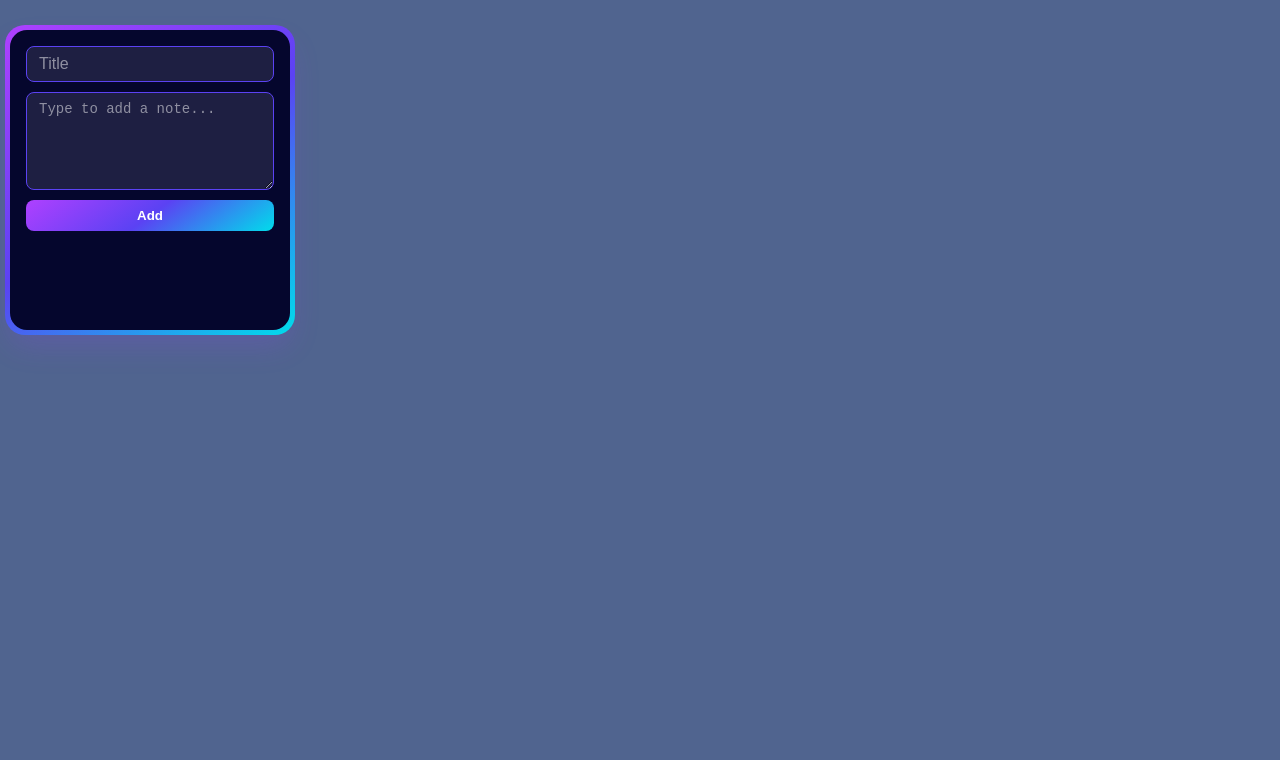
Repository: AJANI2005/Notes-App
Page: /
An editor plug-in stored every save of this project. The page is shown before and after the next save, followed by the edit.
The browser window is 1280 px wide. The pictures show the whole page.
The project was rebuilt for these pictures with package versions that can differ from the ones it lists, and the page was loaded fresh each time. Also part of the build but not shown: vite.config.ts, src/App.css, src/style/dialogbox.css, src/DialogBox.tsx.

Above is the page before, as saved 2025-07-31 18:48:10.

### src/index.css
:root {
  font-family: system-ui, Avenir, Helvetica, Arial, sans-serif;
  font-synthesis: none;
  text-rendering: optimizeLegibility;
  -webkit-font-smoothing: antialiased;
  -moz-osx-font-smoothing: grayscale;
}

body {
    margin: 0;
    font-family: 'Inter', sans-serif;
    min-height: 100vh;
    padding: 20px 0;
    background-color: #50648f;
    color: white;
}

### src/App.tsx
import { useEffect, useState } from 'react';

// styles
import "./App.css"
import "./style/note.css"
import DialogBox from './DialogBox';


interface Note {
  id: number
  title: string;
  text: string;
}

const Note = () => {
  const [text, setText] = useState('');
  const [title, setTitle] = useState('');


  //Initialize Local Storage
  useEffect(() => {
    if (!localStorage.getItem("notes")) {
      localStorage.setItem("notes", JSON.stringify([]))
    }
    if (localStorage.getItem("title")) {
      setTitle(JSON.parse(localStorage.getItem("title")!))
    }
    if (localStorage.getItem("text")) {
      setText(JSON.parse(localStorage.getItem("text")!))
    }
  }, [])

  // Store Current Data (On Refresh)
  useEffect(() => {
    if (text === '' && title === '') return
    localStorage.setItem("title", JSON.stringify(title))
    localStorage.setItem("text", JSON.stringify(text))
  }, [text, title])

  const createNote = () => {
    const note = {
      id: Date.now(),
      title: title,
      text: text
    } as Note

    // add note
    const notes = JSON.parse(localStorage.getItem("notes")!)
    notes.push(note)
    localStorage.setItem("notes", JSON.stringify(notes))

    // reset state
    setTitle("")
    setText("")
    localStorage.setItem("title", JSON.stringify(""))
    localStorage.setItem("text", JSON.stringify(""))
  }

  return (
    <form className='note'>
      <div className="note-content">
        <input
          value={title}
          placeholder='Title'
          onChange={(e) => setTitle(e.target.value)}
          type="text" className='note-title-input' />
        <textarea
          value={text}
          onChange={(e) => setText(e.target.value)}
          className='note-input'
          placeholder='Type to add a note...'></textarea>
        <button className='addBtn' onClick={createNote}>Add</button>
      </div>

    </form>
  )
}

function App() {

  const [notes, setNotes] = useState([]);



  const [editing, setEditing] = useState(false);
  const [currentNote, setCurrentNote] = useState<Note | undefined>(undefined);


  //Initialize Local Storage
  useEffect(() => {
    if (localStorage.getItem("notes")) {
      setNotes(JSON.parse(localStorage.getItem("notes")!))
    }
  }, [])

  //Save current note
  const saveNote = () => {
    const notes = JSON.parse(localStorage.getItem("notes")!)
    const index = notes.findIndex((note: Note) => note.id === currentNote?.id)
    notes[index] = currentNote
    localStorage.setItem("notes", JSON.stringify(notes))
    setEditing(false)
    // refresh
    window.location.reload()
  }
  //Delete note
  const deleteNote = () => {
    const notes = JSON.parse(localStorage.getItem("notes")!)
    const index = notes.findIndex((note: Note) => note.id === currentNote?.id)
    notes.splice(index, 1)
    localStorage.setItem("notes", JSON.stringify(notes))
    setEditing(false)
    // refresh
    window.location.reload()
  }

  return (
    <div className='app'>
      <Note />
      {/* Display Notes */}
      <div className='notes-grid'>
        {notes.map((note: Note, index) => (
          <div key={index} className='note'>
            <div className='note-content'>
              <h2 className='note-title'>{note.title}</h2>
              <p className='note-text'>{note.text}</p>
              <button className='deleteBtn'
                onClick={deleteNote}>✖</button>
              <button className='editBtn' onClick={() => {
                setEditing(true);
                setCurrentNote(note);
              }}
              >📝</button>
            </div>
          </div>))}
      </div>

      {/* Edit Dialog Box */}
      <DialogBox isOpen={editing} onClose={() => setEditing(false)}>
        <form className='note'>
          <div className='note-content'>
            <input
              value={currentNote?.title}
              placeholder='Title'
              onChange={(e) => setCurrentNote({ ...currentNote, title: e.target.value } as Note)}
              type="text" className='note-title-input' />

            <textarea
              value={currentNote?.text}
              onChange={(e) => setCurrentNote({ ...currentNote, text: e.target.value } as Note)}
              className='note-input'
              placeholder='Type to add a note...'></textarea>

            <button className='addBtn' onClick={() => {
              saveNote()
              setEditing(false)
            }}>Save</button>
          </div>
        </form>
      </DialogBox>
    </div>
  )
}

export default App

### src/style/note.css
/* Outer Note Card - gradient like .card */
.note {
  display: flex;
  flex-direction: column;
  padding: 5px; /* leave room for inner card content */
  width: 280px;
  height: 300px; /* optional fixed height for card-like look */
  border-radius: 20px;
  background-image: linear-gradient(144deg, #AF40FF, #5B42F3 50%, #00DDEB);
  box-shadow: rgba(151, 65, 252, 0.2) 0 15px 30px -5px;
  margin:5px;
  position: relative;
  transition: transform 0.2s ease;
}

.note:hover {
  transform: translateY(-3px);
}

/* Inner dark content like .card__content */
.note-content {
  background: rgb(5, 6, 45); /* dark inner content */
  border-radius: 17px;
  flex: 1;
  padding: 16px;
  display: flex;
  flex-direction: column;
  gap: 10px;
  padding-bottom: 50px; /* make space for delete/edit buttons */
  color: white;
  position: relative;
}

/* Title input */
.note-title-input {
  padding: 8px 12px;
  font-size: 16px;
  font-weight: 500;
  border-radius: 8px;
  border: 1px solid #5B42F3;
  background: rgba(255,255,255,0.1);
  color: white;
  outline: none;
  transition: 0.2s;
}

.note-title-input::placeholder {
  color: rgba(255,255,255,0.5);
}

.note-title-input:focus {
  border-color: #00DDEB;
}

/* Textarea input */
.note-input {
  min-height: 80px;
  resize: vertical;
  padding: 8px 12px;
  font-size: 14px;
  border-radius: 8px;
  border: 1px solid #5B42F3;
  background: rgba(255,255,255,0.1);
  color: white;
  outline: none;
  transition: 0.2s;
}

.note-input::placeholder {
  color: rgba(255,255,255,0.5);
}

.note-input:focus {
  border-color: #00DDEB;
}

/* Add Button - matches gradient theme */
.addBtn {
  background-image: linear-gradient(144deg, #AF40FF, #5B42F3 50%, #00DDEB);
  color: white;
  border: none;
  padding: 8px 12px;
  border-radius: 8px;
  font-weight: 600;
  cursor: pointer;
  transition: transform 0.2s ease;
}

.addBtn:hover {
  transform: scale(1.05);
}

/* Delete and Edit Buttons */
.deleteBtn,
.editBtn {
  position: absolute;
  bottom: 12px;
  border: none;
  padding: 6px 10px;
  font-size: 14px;
  border-radius: 6px;
  cursor: pointer;
  color: white;
  transition: transform 0.2s ease, background-color 0.2s ease;
}

.deleteBtn {
  left: 12px;
  background-color: #ff6b6b;
}

.deleteBtn:hover {
  background-color: #e63946;
  transform: scale(1.05);
}

.editBtn {
  left: 65px;
  background-color: #4ff10f;
  color: #111;
}

.editBtn:hover {
  background-color: #49d611;
  transform: scale(1.05);
}

/* Title of the note */
.note-title {
  font-size: 18px;
  font-weight: 600;
  color: white;
  margin-bottom: 8px;
}

/* Text content of the note */
.note-text {
  font-size: 14px;
  color: rgba(255,255,255,0.85);
  line-height: 1.5;
  white-space: pre-wrap; /* respect \n */
}

/* Grid for all notes */
.notes-grid {
  display: grid;
  grid-template-columns: repeat(auto-fill, minmax(250px, 1fr));
  gap: 20px;
  padding: 20px;
  justify-items: center;
}

Loaded but not shown: index.html (common file); src/main.tsx (common file)

After the next save:
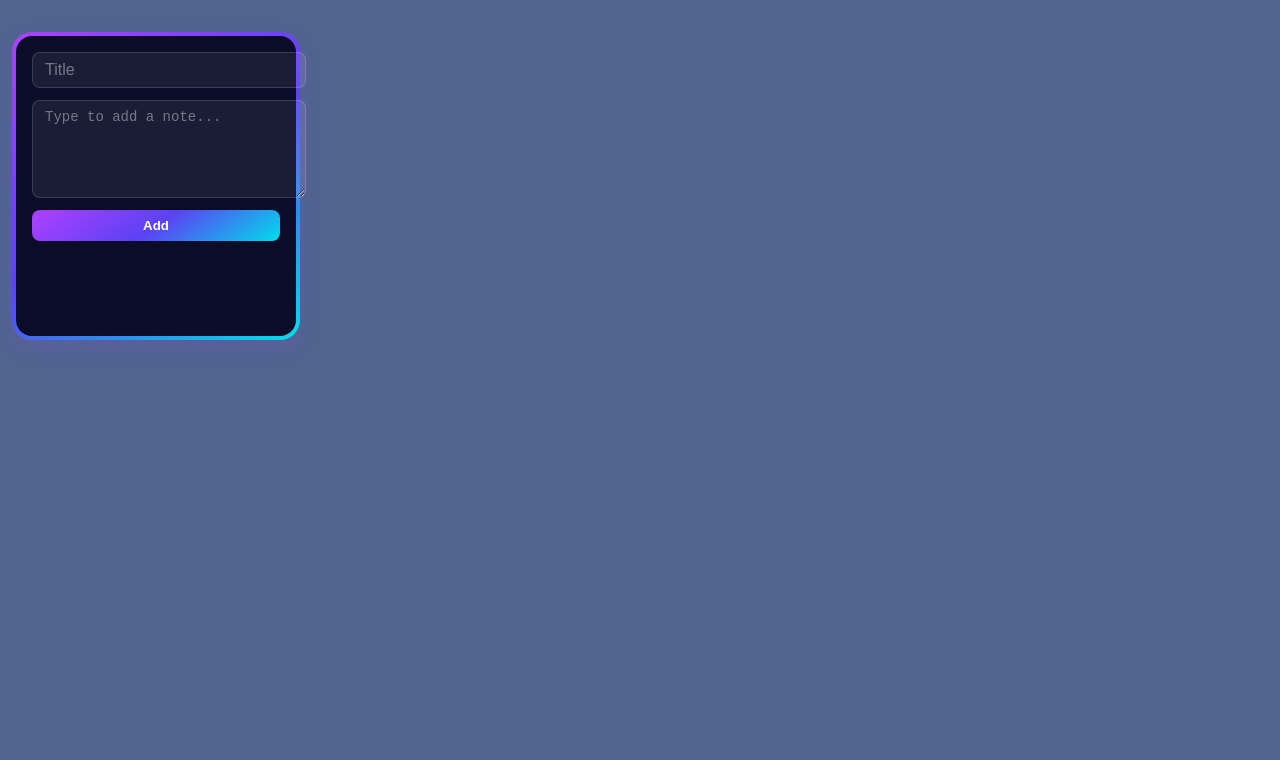
Saved 71 s later.
--- a/src/style/note.css
+++ b/src/style/note.css
@@ -1,151 +1,144 @@
-/* Outer Note Card - gradient like .card */
+/* --- Note Card --- */
 .note {
   display: flex;
   flex-direction: column;
-  padding: 5px; /* leave room for inner card content */
   width: 280px;
-  height: 300px; /* optional fixed height for card-like look */
+  height: 300px;
+  padding: 4px; /* inner spacing for gradient border */
   border-radius: 20px;
-  background-image: linear-gradient(144deg, #AF40FF, #5B42F3 50%, #00DDEB);
-  box-shadow: rgba(151, 65, 252, 0.2) 0 15px 30px -5px;
-  margin:5px;
+  background: linear-gradient(145deg, #af40ff, #5b42f3 50%, #00ddeb);
+  box-shadow: rgba(151, 65, 252, 0.15) 0 8px 20px;
+  margin: 12px;
   position: relative;
-  transition: transform 0.2s ease;
+  transition: transform 0.2s ease, box-shadow 0.2s ease;
 }
 
 .note:hover {
-  transform: translateY(-3px);
+  transform: translateY(-4px);
+  box-shadow: rgba(151, 65, 252, 0.25) 0 12px 28px;
 }
 
-/* Inner dark content like .card__content */
+/* Inner dark container */
 .note-content {
-  background: rgb(5, 6, 45); /* dark inner content */
-  border-radius: 17px;
   flex: 1;
-  padding: 16px;
   display: flex;
   flex-direction: column;
-  gap: 10px;
-  padding-bottom: 50px; /* make space for delete/edit buttons */
+  gap: 12px;
+  padding: 16px;
+  padding-bottom: 56px; /* space for buttons */
+  border-radius: 16px;
+  background: rgb(10, 12, 40);
   color: white;
   position: relative;
 }
 
-/* Title input */
+/* --- Inputs --- */
+.note-title-input,
+.note-input {
+  width: 100%;
+  border-radius: 8px;
+  border: 1px solid rgba(255, 255, 255, 0.15);
+  background: rgba(255, 255, 255, 0.07);
+  color: white;
+  outline: none;
+  transition: 0.2s border-color, 0.2s background-color;
+}
+
+.note-title-input::placeholder,
+.note-input::placeholder {
+  color: rgba(255, 255, 255, 0.4);
+}
+
 .note-title-input {
   padding: 8px 12px;
   font-size: 16px;
   font-weight: 500;
-  border-radius: 8px;
-  border: 1px solid #5B42F3;
-  background: rgba(255,255,255,0.1);
-  color: white;
-  outline: none;
-  transition: 0.2s;
 }
 
-.note-title-input::placeholder {
-  color: rgba(255,255,255,0.5);
+.note-input {
+  min-height: 80px;
+  padding: 8px 12px;
+  font-size: 14px;
+  resize: vertical;
 }
 
-.note-title-input:focus {
-  border-color: #00DDEB;
+.note-title-input:focus,
+.note-input:focus {
+  border-color: #00ddeb;
+  background: rgba(255, 255, 255, 0.12);
 }
 
-/* Textarea input */
-.note-input {
-  min-height: 80px;
-  resize: vertical;
-  padding: 8px 12px;
-  font-size: 14px;
-  border-radius: 8px;
-  border: 1px solid #5B42F3;
-  background: rgba(255,255,255,0.1);
-  color: white;
-  outline: none;
-  transition: 0.2s;
-}
-
-.note-input::placeholder {
-  color: rgba(255,255,255,0.5);
-}
-
-.note-input:focus {
-  border-color: #00DDEB;
-}
-
-/* Add Button - matches gradient theme */
+/* --- Buttons --- */
 .addBtn {
-  background-image: linear-gradient(144deg, #AF40FF, #5B42F3 50%, #00DDEB);
+  background: linear-gradient(145deg, #af40ff, #5b42f3 50%, #00ddeb);
   color: white;
   border: none;
   padding: 8px 12px;
   border-radius: 8px;
   font-weight: 600;
   cursor: pointer;
-  transition: transform 0.2s ease;
+  transition: transform 0.2s ease, filter 0.2s ease;
 }
 
 .addBtn:hover {
   transform: scale(1.05);
+  filter: brightness(1.1);
 }
 
-/* Delete and Edit Buttons */
+/* Action buttons */
 .deleteBtn,
 .editBtn {
   position: absolute;
   bottom: 12px;
   border: none;
-  padding: 6px 10px;
-  font-size: 14px;
+  padding: 6px 12px;
+  font-size: 13px;
+  font-weight: 600;
   border-radius: 6px;
   cursor: pointer;
   color: white;
-  transition: transform 0.2s ease, background-color 0.2s ease;
+  transition: transform 0.2s ease, filter 0.2s ease;
 }
 
 .deleteBtn {
   left: 12px;
-  background-color: #ff6b6b;
+  background-color: #ff5c5c;
 }
-
 .deleteBtn:hover {
-  background-color: #e63946;
   transform: scale(1.05);
+  filter: brightness(1.1);
 }
 
 .editBtn {
-  left: 65px;
+  left: 72px;
   background-color: #4ff10f;
   color: #111;
 }
-
 .editBtn:hover {
-  background-color: #49d611;
   transform: scale(1.05);
+  filter: brightness(1.05);
 }
 
-/* Title of the note */
+/* --- Note Display --- */
 .note-title {
   font-size: 18px;
   font-weight: 600;
   color: white;
-  margin-bottom: 8px;
+  margin-bottom: 4px;
 }
 
-/* Text content of the note */
 .note-text {
   font-size: 14px;
-  color: rgba(255,255,255,0.85);
+  color: rgba(255, 255, 255, 0.85);
   line-height: 1.5;
-  white-space: pre-wrap; /* respect \n */
+  white-space: pre-wrap;
 }
 
-/* Grid for all notes */
+/* --- Grid for Notes --- */
 .notes-grid {
   display: grid;
   grid-template-columns: repeat(auto-fill, minmax(250px, 1fr));
-  gap: 20px;
+  gap: 24px;
   padding: 20px;
   justify-items: center;
 }
